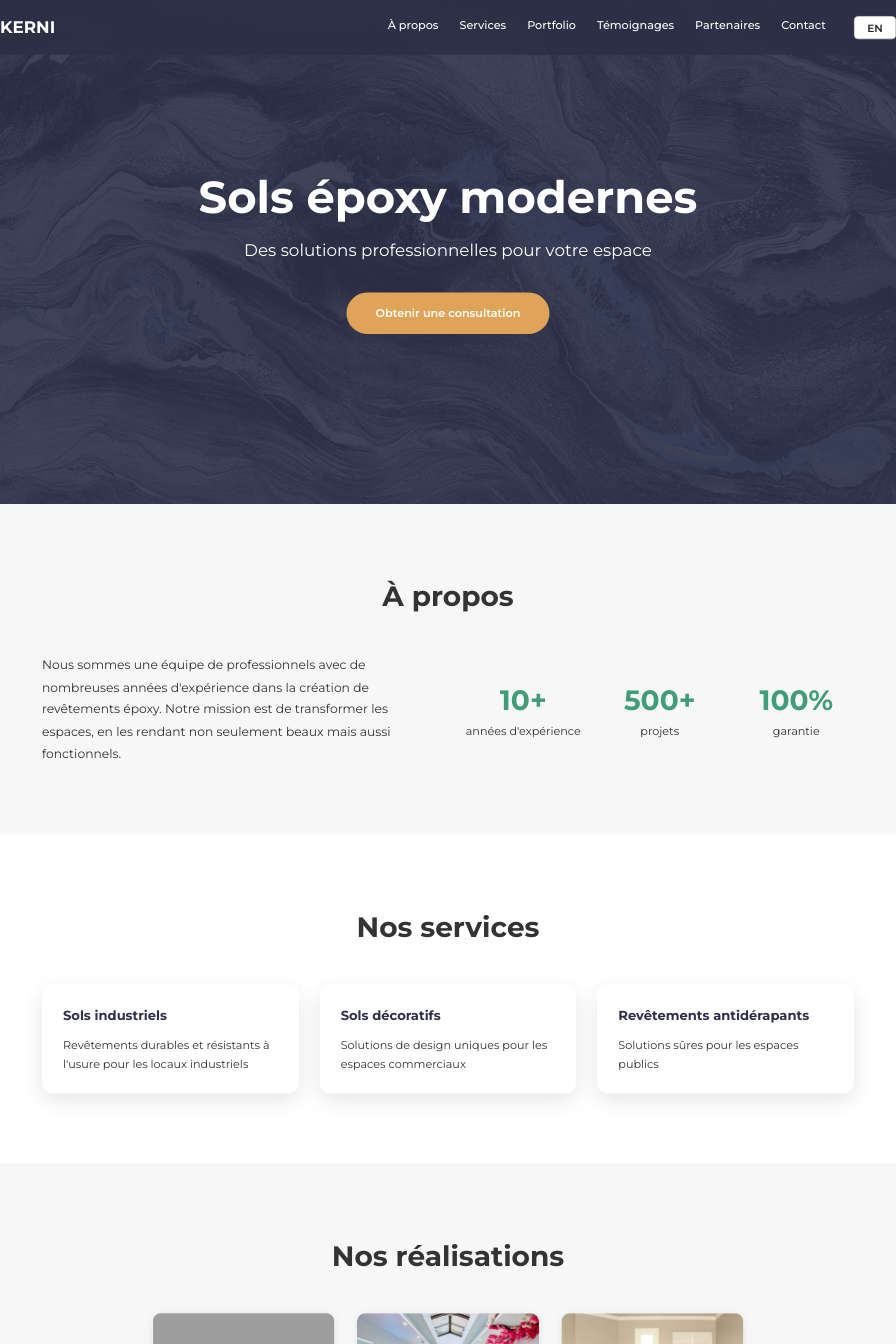
Repository: kerni-ca/kerni-ca
Page: index.html
An editor plug-in stored every save of this project. The page is shown before and after the next save, followed by the edit.
The browser window is 1280 px wide. The pictures show the part of the page from y = 0 to 1920 px (the page is 4161 px tall), at 70% of full size.
Pictures or frames that could not be fetched are drawn as grey boxes. Backgrounds fixed to the window are drawn as part of the page.

Above is the page before, as saved 2025-07-04 14:14:43.

### index.html
<!DOCTYPE html>
<html lang="uk">
<head>
    <meta charset="UTF-8">
    <meta name="viewport" content="width=device-width, initial-scale=1.0">
    <title>Эпоксидные полы в Запорожье | Профессиональная укладка и ремонт</title>
    <meta name="description" content="Профессиональная укладка эпоксидных полов в Запорожье. Качественные материалы, опытные мастера, гарантия на работы. Звоните для консультации!">
    <meta name="keywords" content="эпоксидные полы Запорожье, укладка эпоксидных полов, эпоксидное покрытие, промышленные полы, декоративные полы">
    <link rel="stylesheet" href="styles.css">
    <link rel="preconnect" href="https://fonts.googleapis.com">
    <link rel="preconnect" href="https://fonts.gstatic.com" crossorigin>
    <link href="https://fonts.googleapis.com/css2?family=Montserrat:wght@400;500;600;700&display=swap" rel="stylesheet">
    <script src="lang.js"></script>
</head>
<body>
    <div id="loading-overlay">
      <div class="spinner">
        <div class="epoxy-icon"></div>
        <div class="spinner-text">KERNI</div>
      </div>
    </div>
    <header class="header">
        <nav class="nav">
            <div class="logo">KERNI</div>
            <ul class="nav-links">
                <li><a href="#about" data-i18n="nav_about">nav_about</a></li>
                <li><a href="#services" data-i18n="nav_services">nav_services</a></li>
                <li><a href="#portfolio" data-i18n="nav_portfolio">nav_portfolio</a></li>
                <li><a href="#testimonials" data-i18n="nav_testimonials">nav_testimonials</a></li>
                <li><a href="#partners" data-i18n="nav_partners">nav_partners</a></li>
                <li><a href="#contact" data-i18n="nav_contact">nav_contact</a></li>
                <li><button id="lang-switch" class="lang-btn"></button></li>
            </ul>
        </nav>
        <div class="hero">
            <h1 data-i18n="hero_title">hero_title</h1>
            <p data-i18n="hero_subtitle">hero_subtitle</p>
            <a href="#contact" class="cta-button" data-i18n="hero_cta">hero_cta</a>
        </div>
    </header>

    <section id="about" class="about">
        <div class="container">
            <h2 data-i18n="about_title">about_title</h2>
            <div class="about-content">
                <div class="about-text">
                    <p data-i18n="about_text">about_text</p>
                </div>
                <div class="about-stats">
                    <div class="stat">
                        <span class="number">10+</span>
                        <span class="label" data-i18n="about_years">about_years</span>
                    </div>
                    <div class="stat">
                        <span class="number">500+</span>
                        <span class="label" data-i18n="about_projects">about_projects</span>
                    </div>
                    <div class="stat">
                        <span class="number">100%</span>
                        <span class="label" data-i18n="about_guarantee">about_guarantee</span>
                    </div>
                </div>
            </div>
        </div>
    </section>

    <section id="services" class="services">
        <div class="container">
            <h2 data-i18n="services_title">services_title</h2>
            <div class="services-grid">
                <div class="service-card">
                    <h3 data-i18n="services_industrial">services_industrial</h3>
                    <p data-i18n="services_industrial_desc">services_industrial_desc</p>
                </div>
                <div class="service-card">
                    <h3 data-i18n="services_decorative">services_decorative</h3>
                    <p data-i18n="services_decorative_desc">services_decorative_desc</p>
                </div>
                <div class="service-card">
                    <h3 data-i18n="services_anti">services_anti</h3>
                    <p data-i18n="services_anti_desc">services_anti_desc</p>
                </div>
            </div>
        </div>
    </section>

    <section id="portfolio" class="portfolio">
        <div class="container">
            <h2 data-i18n="portfolio_title">portfolio_title</h2>
            <div class="portfolio-tiles" style="display: flex; gap: 32px; justify-content: center; flex-wrap: wrap; margin-top: 30px;"></div>
        </div>
    </section>

    <div id="carousel-modal" class="carousel-modal" style="display:none;">
        <div class="carousel-content">
            <span class="carousel-close" id="carousel-close">&times;</span>
            <button class="carousel-arrow left" id="carousel-prev">&#8592;</button>
            <div class="carousel-img-desc-wrapper" style="display: flex; flex-direction: column; align-items: center;">
                <img id="carousel-img" src="" alt="Portfolio" />
                <p id="carousel-desc" style="text-align:center;margin:10px 0 0 0;font-size:1.1em;color:#333;"></p>
            </div>
            <button class="carousel-arrow right" id="carousel-next">&#8594;</button>
        </div>
    </div>

    <section id="testimonials" class="testimonials">
        <div class="container">
            <h2 data-i18n="testimonials_title">testimonials_title</h2>
            <div class="testimonials-grid">
                <div class="testimonial-card">
                    <div class="testimonial-content">
                        <p data-i18n="testimonial_1">testimonial_1</p>
                    </div>
                    <div class="testimonial-author">
                        <img src="images/testimonials/1.jpg" alt="" data-i18n-alt="testimonial_1_alt">
                        <div class="author-info">
                            <h4 data-i18n="testimonial_1_name">testimonial_1_name</h4>
                            <p data-i18n="testimonial_1_position">testimonial_1_position</p>
                        </div>
                    </div>
                </div>
                <div class="testimonial-card">
                    <div class="testimonial-content">
                        <p data-i18n="testimonial_2">testimonial_2</p>
                    </div>
                    <div class="testimonial-author">
                        <img src="images/testimonials/2.jpg" alt="" data-i18n-alt="testimonial_2_alt">
                        <div class="author-info">
                            <h4 data-i18n="testimonial_2_name">testimonial_2_name</h4>
                            <p data-i18n="testimonial_2_position">testimonial_2_position</p>
                        </div>
                    </div>
                </div>
                <div class="testimonial-card">
                    <div class="testimonial-content">
                        <p data-i18n="testimonial_3">testimonial_3</p>
                    </div>
                    <div class="testimonial-author">
                        <img src="images/testimonials/3.jpg" alt="" data-i18n-alt="testimonial_3_alt">
                        <div class="author-info">
                            <h4 data-i18n="testimonial_3_name">testimonial_3_name</h4>
                            <p data-i18n="testimonial_3_position">testimonial_3_position</p>
                        </div>
                    </div>
                </div>
            </div>
        </div>
    </section>

    <section id="partners" class="partners">
        <div class="container">
            <h2 data-i18n="partners_title">partners_title</h2>
            <div class="partners-grid">
                <div class="partner-card">
                    <img src="images/partners/1.jpg" alt="" data-i18n-alt="partner_1_alt">
                    <h3>BASF</h3>
                    <p data-i18n="partner_1_desc">partner_1_desc</p>
                </div>
                <div class="partner-card">
                    <img src="images/partners/2.jpg" alt="" data-i18n-alt="partner_2_alt">
                    <h3>Sika</h3>
                    <p data-i18n="partner_2_desc">partner_2_desc</p>
                </div>
                <div class="partner-card">
                    <img src="images/partners/3.jpg" alt="" data-i18n-alt="partner_3_alt">
                    <h3>Mapei</h3>
                    <p data-i18n="partner_3_desc">partner_3_desc</p>
                </div>
                <div class="partner-card">
                    <img src="images/partners/4.jpg" alt="" data-i18n-alt="partner_4_alt">
                    <h3>Ardex</h3>
                    <p data-i18n="partner_4_desc">partner_4_desc</p>
                </div>
            </div>
        </div>
    </section>

    <section id="contact" class="contact">
        <div class="container">
            <h2 data-i18n="contact_title">contact_title</h2>
            <div class="contact-content">
                <form class="contact-form">
                    <input type="text" data-i18n="contact_name" placeholder="contact_name" required>
                    <input type="tel" data-i18n="contact_phone" placeholder="contact_phone" required>
                    <input type="email" data-i18n="contact_email" placeholder="contact_email" required>
                    <textarea data-i18n="contact_message" placeholder="contact_message" required></textarea>
                    <button type="submit" class="submit-button" data-i18n="contact_send">contact_send</button>
                </form>
                <div class="contact-info">
                    <div class="info-item">
                        <h3 data-i18n="contact_address_title">contact_address_title</h3>
                        <p data-i18n="contact_address">contact_address</p>
                    </div>
                    <div class="info-item">
                        <h3 data-i18n="contact_phone_title">contact_phone_title</h3>
                        <p data-i18n="contact_phone_value">contact_phone_value</p>
                    </div>
                    <div class="info-item">
                        <h3 data-i18n="contact_email_title">contact_email_title</h3>
                        <p data-i18n="contact_email_value">contact_email_value</p>
                    </div>
                </div>
            </div>
        </div>
    </section>

    <footer class="footer">
        <div class="container">
            <div class="footer-content">
                <div class="footer-logo">KERNI</div>
                <p data-i18n="footer_rights">footer_rights</p>
            </div>
        </div>
    </footer>

    <style>
      .lang-btn {
        background: #fff;
        color: #222;
        border: 1px solid #ddd;
        border-radius: 6px;
        padding: 6px 18px;
        font-family: inherit;
        font-size: 15px;
        font-weight: 600;
        margin-left: 10px;
        cursor: pointer;
        transition: background 0.2s, color 0.2s, border 0.2s;
        box-shadow: 0 1px 4px rgba(0,0,0,0.04);
      }
      .lang-btn:hover {
        background: #222;
        color: #fff;
        border: 1px solid #222;
      }
      .carousel-modal {
        position: fixed;
        z-index: 9999;
        left: 0; top: 0; width: 100vw; height: 100vh;
        background: rgba(0,0,0,0.8);
        display: flex; align-items: center; justify-content: center;
      }
      .carousel-content {
        position: relative;
        background: #fff;
        border-radius: 10px;
        padding: 20px;
        box-shadow: 0 8px 32px rgba(0,0,0,0.3);
        display: flex; align-items: center;
      }
      .carousel-content img {
        max-width: 70vw; max-height: 70vh; border-radius: 8px;
      }
      .carousel-close {
        position: absolute; top: 10px; right: 20px; font-size: 2rem; color: #222; cursor: pointer; z-index: 2;
      }
      .carousel-arrow {
        background: #222; color: #fff; border: none; border-radius: 50%; width: 40px; height: 40px; font-size: 1.5rem; cursor: pointer; margin: 0 15px; opacity: 0.8; transition: opacity 0.2s;
      }
      .carousel-arrow:hover { opacity: 1; }
    </style>
    <script src="script.js"></script>
</body>
</html>

### styles.css
html {
    scroll-behavior: smooth;
}

:root {
    --primary-color: #2D3047;
    --secondary-color: #419D78;
    --accent-color: #E0A458;
    --text-color: #333;
    --light-bg: #F7F7F7;
    --white: #FFFFFF;
    --transition: all 0.3s ease;
}

* {
    margin: 0;
    padding: 0;
    box-sizing: border-box;
}

body {
    font-family: 'Montserrat', sans-serif;
    line-height: 1.6;
    color: var(--text-color);
}

.container {
    max-width: 1200px;
    margin: 0 auto;
    padding: 0 20px;
}

/* Header & Navigation */
.header {
    background: linear-gradient(rgba(45, 48, 71, 0.9), rgba(45, 48, 71, 0.9)),
                url('images/header-bg.jpg') center/cover;
    min-height: 100vh;
    color: var(--white);
    background-attachment: fixed;
}

.nav {
    display: flex;
    justify-content: space-between;
    align-items: center;
    padding: 20px 0;
    position: fixed;
    width: 100%;
    top: 0;
    z-index: 1000;
    background: rgba(45, 48, 71, 0.95);
    backdrop-filter: blur(10px);
}

.logo {
    font-size: 24px;
    font-weight: 700;
    color: var(--white);
}

.logo span {
    color: var(--accent-color);
}

.nav-links {
    display: flex;
    list-style: none;
    gap: 30px;
}

.nav-links a {
    color: var(--white);
    text-decoration: none;
    font-weight: 500;
    transition: var(--transition);
}

.nav-links a:hover {
    color: var(--accent-color);
}

/* Hero Section */
.hero {
    display: flex;
    flex-direction: column;
    justify-content: center;
    align-items: center;
    text-align: center;
    min-height: 100vh;
    padding: 0 20px;
}

.hero h1 {
    font-size: 4rem;
    margin-bottom: 20px;
    line-height: 1.2;
}

.hero p {
    font-size: 1.5rem;
    margin-bottom: 40px;
    max-width: 600px;
}

.cta-button {
    display: inline-block;
    padding: 15px 40px;
    background: var(--accent-color);
    color: var(--white);
    text-decoration: none;
    border-radius: 30px;
    font-weight: 600;
    transition: var(--transition);
    border: 2px solid var(--accent-color);
}

.cta-button:hover {
    background: transparent;
    color: var(--accent-color);
}

/* About Section */
.about {
    padding: 100px 0;
    background: var(--light-bg);
}

.about h2 {
    text-align: center;
    font-size: 2.5rem;
    margin-bottom: 50px;
}

.about-content {
    display: grid;
    grid-template-columns: 1fr 1fr;
    gap: 50px;
    align-items: center;
}

.about-text p {
    font-size: 1.1rem;
    line-height: 1.8;
}

.about-stats {
    display: grid;
    grid-template-columns: repeat(3, 1fr);
    gap: 30px;
}

.stat {
    text-align: center;
}

.number {
    display: block;
    font-size: 2.5rem;
    font-weight: 700;
    color: var(--secondary-color);
}

.label {
    font-size: 1rem;
    color: var(--text-color);
}

/* Services Section */
.services {
    padding: 100px 0;
}

.services h2 {
    text-align: center;
    font-size: 2.5rem;
    margin-bottom: 50px;
}

.services-grid {
    display: grid;
    grid-template-columns: repeat(auto-fit, minmax(300px, 1fr));
    gap: 30px;
}

.service-card {
    background: var(--white);
    padding: 30px;
    border-radius: 15px;
    box-shadow: 0 10px 30px rgba(0, 0, 0, 0.1);
    transition: var(--transition);
}

.service-card:hover {
    transform: translateY(-10px);
}

.service-card h3 {
    color: var(--primary-color);
    margin-bottom: 15px;
}

/* Portfolio Section */
.portfolio {
    padding: 100px 0;
    background: var(--light-bg);
}

.portfolio h2 {
    text-align: center;
    font-size: 2.5rem;
    margin-bottom: 50px;
}

.portfolio-grid {
    display: grid;
    grid-template-columns: repeat(auto-fit, minmax(300px, 1fr));
    gap: 30px;
}

.portfolio-item {
    position: relative;
    overflow: hidden;
    border-radius: 15px;
    aspect-ratio: 4/3;
}

.portfolio-item img {
    width: 100%;
    height: 100%;
    object-fit: cover;
    transition: var(--transition);
}

.portfolio-overlay {
    position: absolute;
    bottom: 0;
    left: 0;
    right: 0;
    background: linear-gradient(transparent, rgba(45, 48, 71, 0.9));
    padding: 20px;
    color: var(--white);
    transform: translateY(100%);
    transition: var(--transition);
}

.portfolio-item:hover .portfolio-overlay {
    transform: translateY(0);
}

.portfolio-item:hover img {
    transform: scale(1.1);
}

.portfolio-tile {
    cursor: pointer;
    width: 260px;
    height: 180px;
    overflow: hidden;
    border-radius: 12px;
    box-shadow: 0 2px 12px rgba(0,0,0,0.08);
    background: #f7f7f7;
    display: flex;
    align-items: center;
    justify-content: center;
    position: relative;
}
.portfolio-tile-img {
    width: 100%;
    height: 100%;
    object-fit: cover;
    transition: transform 0.2s;
    border-radius: 0;
}
.portfolio-tile-img.hovered {
    transform: scale(1.04);
}
.portfolio-tile-caption {
    width: 100%;
    background: rgba(0,0,0,0.55);
    color: #fff;
    font-weight: 600;
    font-size: 1.1em;
    padding: 12px 16px;
    text-align: center;
    position: absolute;
    left: 0;
    right: 0;
    bottom: 0;
    border-bottom-left-radius: 12px;
    border-bottom-right-radius: 12px;
}

/* Contact Section */
.contact {
    padding: 100px 0;
}

.contact h2 {
    text-align: center;
    font-size: 2.5rem;
    margin-bottom: 50px;
}

.contact-content {
    display: grid;
    grid-template-columns: 1fr 1fr;
    gap: 50px;
}

.contact-form {
    display: flex;
    flex-direction: column;
    gap: 20px;
}

.contact-form input,
.contact-form textarea {
    padding: 15px;
    border: 1px solid #ddd;
    border-radius: 8px;
    font-family: inherit;
}

.contact-form textarea {
    height: 150px;
    resize: vertical;
}

.submit-button {
    padding: 15px 30px;
    background: var(--secondary-color);
    color: var(--white);
    border: none;
    border-radius: 8px;
    cursor: pointer;
    font-weight: 600;
    transition: var(--transition);
}

.submit-button:hover {
    background: var(--primary-color);
}

.contact-info {
    display: grid;
    gap: 30px;
}

.info-item h3 {
    color: var(--primary-color);
    margin-bottom: 10px;
}

/* Footer */
.footer {
    background: var(--primary-color);
    color: var(--white);
    padding: 30px 0;
}

.footer-content {
    display: flex;
    justify-content: space-between;
    align-items: center;
}

.footer-logo {
    font-size: 20px;
    font-weight: 700;
}

.footer-logo span {
    color: var(--accent-color);
}

/* Testimonials Section */
.testimonials {
    padding: 100px 0;
    background: var(--white);
}

.testimonials h2 {
    text-align: center;
    font-size: 2.5rem;
    margin-bottom: 50px;
}

.testimonials-grid {
    display: grid;
    grid-template-columns: repeat(auto-fit, minmax(300px, 1fr));
    gap: 30px;
}

.testimonial-card {
    background: var(--light-bg);
    padding: 30px;
    border-radius: 15px;
    box-shadow: 0 10px 30px rgba(0, 0, 0, 0.05);
    transition: var(--transition);
}

.testimonial-card:hover {
    transform: translateY(-5px);
    box-shadow: 0 15px 40px rgba(0, 0, 0, 0.1);
}

.testimonial-content {
    margin-bottom: 20px;
}

.testimonial-content p {
    font-style: italic;
    line-height: 1.8;
    color: var(--text-color);
}

.testimonial-author {
    display: flex;
    align-items: center;
    gap: 15px;
}

.testimonial-author img {
    width: 60px;
    height: 60px;
    border-radius: 50%;
    object-fit: cover;
    flex-shrink: 0;
}

.author-info h4 {
    color: var(--primary-color);
    margin-bottom: 5px;
}

.author-info p {
    font-size: 0.9rem;
    color: var(--text-color);
    opacity: 0.8;
}

/* Partners Section */
.partners {
    padding: 100px 0;
    background: var(--light-bg);
}

.partners h2 {
    text-align: center;
    font-size: 2.5rem;
    margin-bottom: 50px;
}

.partners-grid {
    display: grid;
    grid-template-columns: repeat(auto-fit, minmax(250px, 1fr));
    gap: 30px;
}

.partner-card {
    background: var(--white);
    padding: 30px;
    border-radius: 15px;
    text-align: center;
    box-shadow: 0 10px 30px rgba(0, 0, 0, 0.05);
    transition: var(--transition);
}

.partner-card:hover {
    transform: translateY(-5px);
    box-shadow: 0 15px 40px rgba(0, 0, 0, 0.1);
}

.partner-card img {
    width: 200px;
    height: 100px;
    object-fit: contain;
    margin-bottom: 20px;
    border-radius: 8px;
    background-color: var(--white);
}

.partner-card h3 {
    color: var(--primary-color);
    margin-bottom: 10px;
}

.partner-card p {
    font-size: 0.9rem;
    color: var(--text-color);
    opacity: 0.8;
}

/* Responsive Design */
@media (max-width: 768px) {
    .nav {
        padding: 20px;
    }

    .nav-links {
        display: none;
    }

    .hero h1 {
        font-size: 2.5rem;
    }

    .about-content,
    .contact-content {
        grid-template-columns: 1fr;
    }

    .about-stats {
        grid-template-columns: 1fr;
    }

    .footer-content {
        flex-direction: column;
        text-align: center;
        gap: 20px;
    }

    .testimonials-grid,
    .partners-grid {
        grid-template-columns: 1fr;
    }
}

/* Animations */
@keyframes fadeIn {
    from {
        opacity: 0;
        transform: translateY(20px);
    }
    to {
        opacity: 1;
        transform: translateY(0);
    }
}

.hero h1,
.hero p,
.cta-button {
    animation: fadeIn 1s ease-out forwards;
}

/* Modern Scrollbar */
::-webkit-scrollbar {
    width: 10px;
}

::-webkit-scrollbar-track {
    background: var(--light-bg);
}

::-webkit-scrollbar-thumb {
    background: var(--secondary-color);
    border-radius: 5px;
}

::-webkit-scrollbar-thumb:hover {
    background: var(--primary-color);
}

/* Общие стили для изображений */
img {
    max-width: 100%;
    height: auto;
    object-fit: cover;
}

/* Карусель: выравнивание стрелок и картинки с подписью */
.carousel-content {
  display: flex;
  align-items: center;
  justify-content: center;
  flex-direction: row;
}
.carousel-img-desc-wrapper {
  display: flex;
  flex-direction: column;
  align-items: center;
  justify-content: center;
}
#carousel-img {
  max-width: 70vw;
  max-height: 70vh;
  border-radius: 8px;
}
#carousel-desc {
  text-align: center;
  margin: 10px 0 0 0;
  font-size: 1.1em;
  color: #333;
}

#loading-overlay {
  position: fixed;
  z-index: 10000;
  left: 0; top: 0; width: 100vw; height: 100vh;
  background: rgba(45,48,71,0.97);
  display: flex;
  align-items: center;
  justify-content: center;
  transition: opacity 0.4s;
}
.spinner {
  display: flex;
  flex-direction: column;
  align-items: center;
  justify-content: center;
}
.epoxy-icon {
  width: 70px;
  height: 70px;
  border-radius: 50%;
  background: conic-gradient(var(--accent-color) 0 25%, var(--secondary-color) 25% 50%, var(--primary-color) 50% 75%, #fff 75% 100%);
  animation: epoxy-spin 1.2s linear infinite;
  margin-bottom: 18px;
  box-shadow: 0 4px 24px rgba(0,0,0,0.18);
}
@keyframes epoxy-spin {
  0% { transform: rotate(0deg); }
  100% { transform: rotate(360deg); }
}
.spinner-text {
  color: var(--accent-color);
  font-size: 2.1rem;
  font-weight: 700;
  letter-spacing: 2px;
  text-shadow: 0 2px 8px rgba(0,0,0,0.12);
}

Loaded but not shown: fr.json (92 lines, source omitted); script.js (151 lines, source omitted); lang.js (49 lines, source omitted)

After the next save:
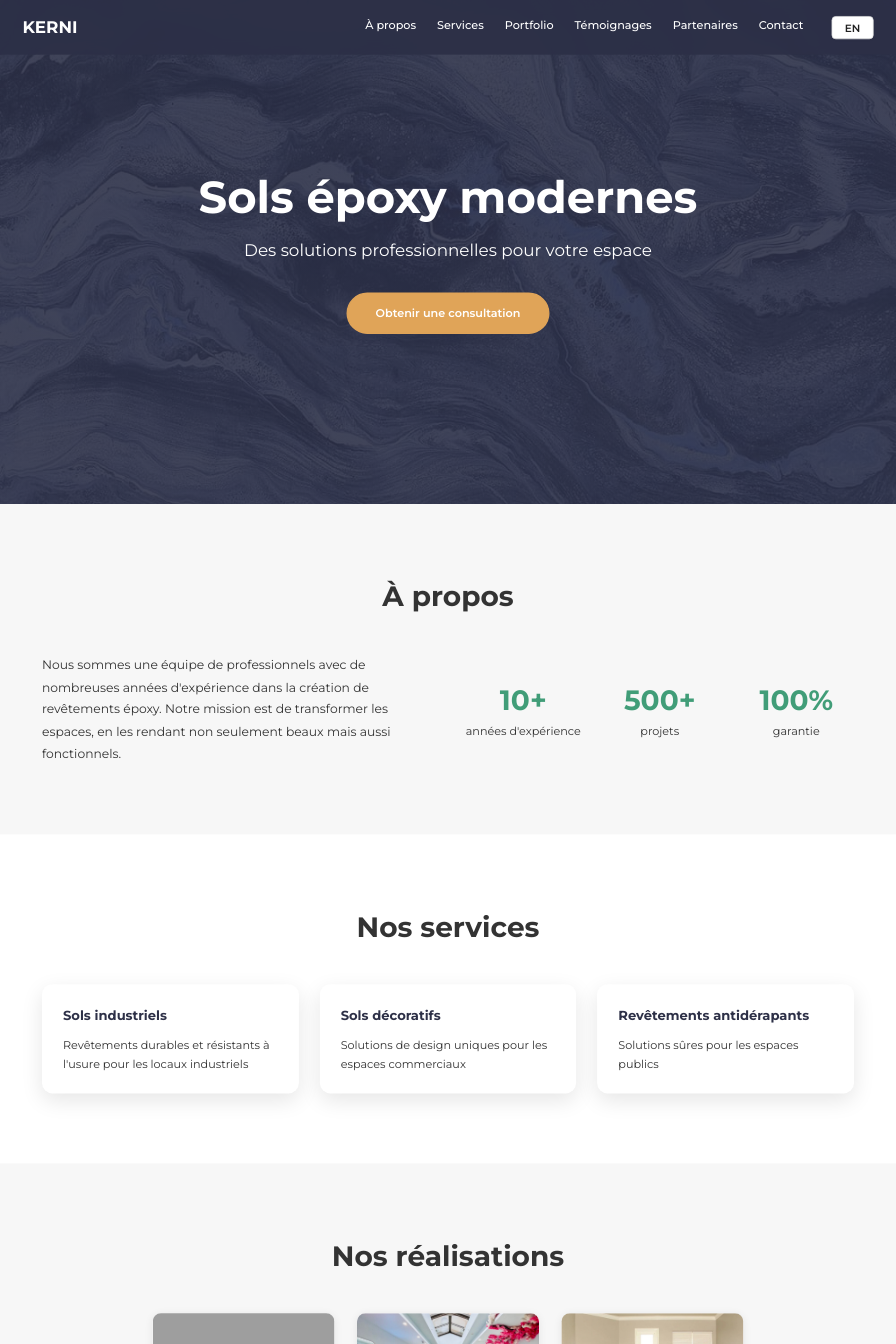
Saved 67 s later.
--- a/styles.css
+++ b/styles.css
@@ -43,7 +43,7 @@ body {
     display: flex;
     justify-content: space-between;
     align-items: center;
-    padding: 20px 0;
+    padding: 20px 32px;
     position: fixed;
     width: 100%;
     top: 0;
